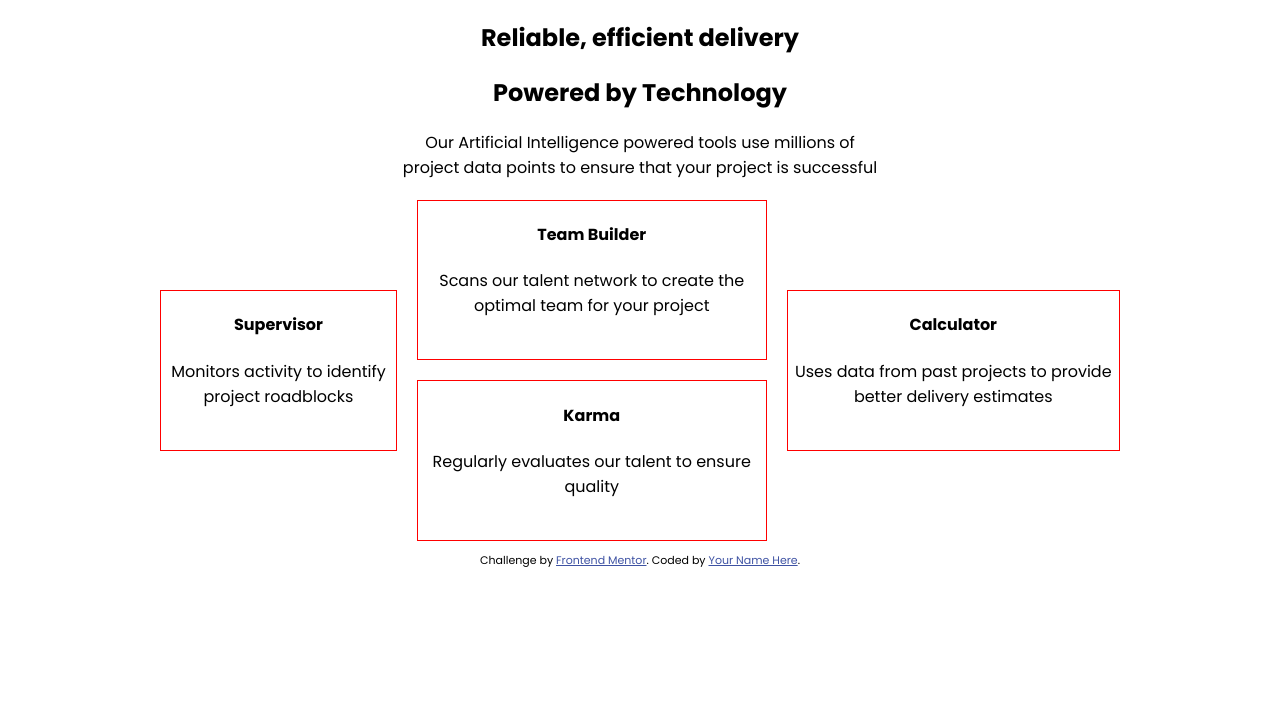
Repository: BuduCE/four-card-feature-section-master
Page: index.html
An editor plug-in stored every save of this project. The page is shown before and after the next save, followed by the edit.
The browser window is 1280 px wide. The pictures show the whole page.

Above is the page before, as saved 2023-06-01 22:17:53.

After the next save:
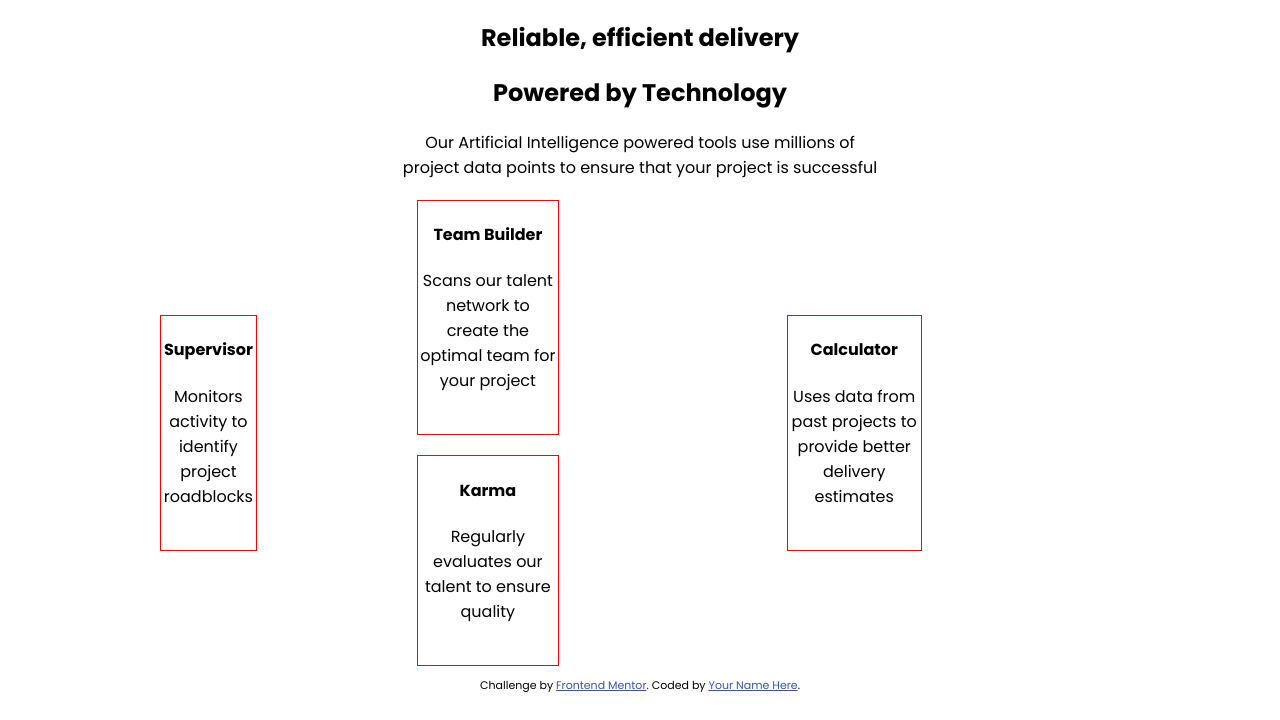
Saved 4 s later.
--- a/styles.css
+++ b/styles.css
@@ -26,7 +26,7 @@ body {
     margin-top: 20px;
 }
 .card{
-    width: ;
+    width: 40%;
     border: 1px solid red;
 }
 .special{
